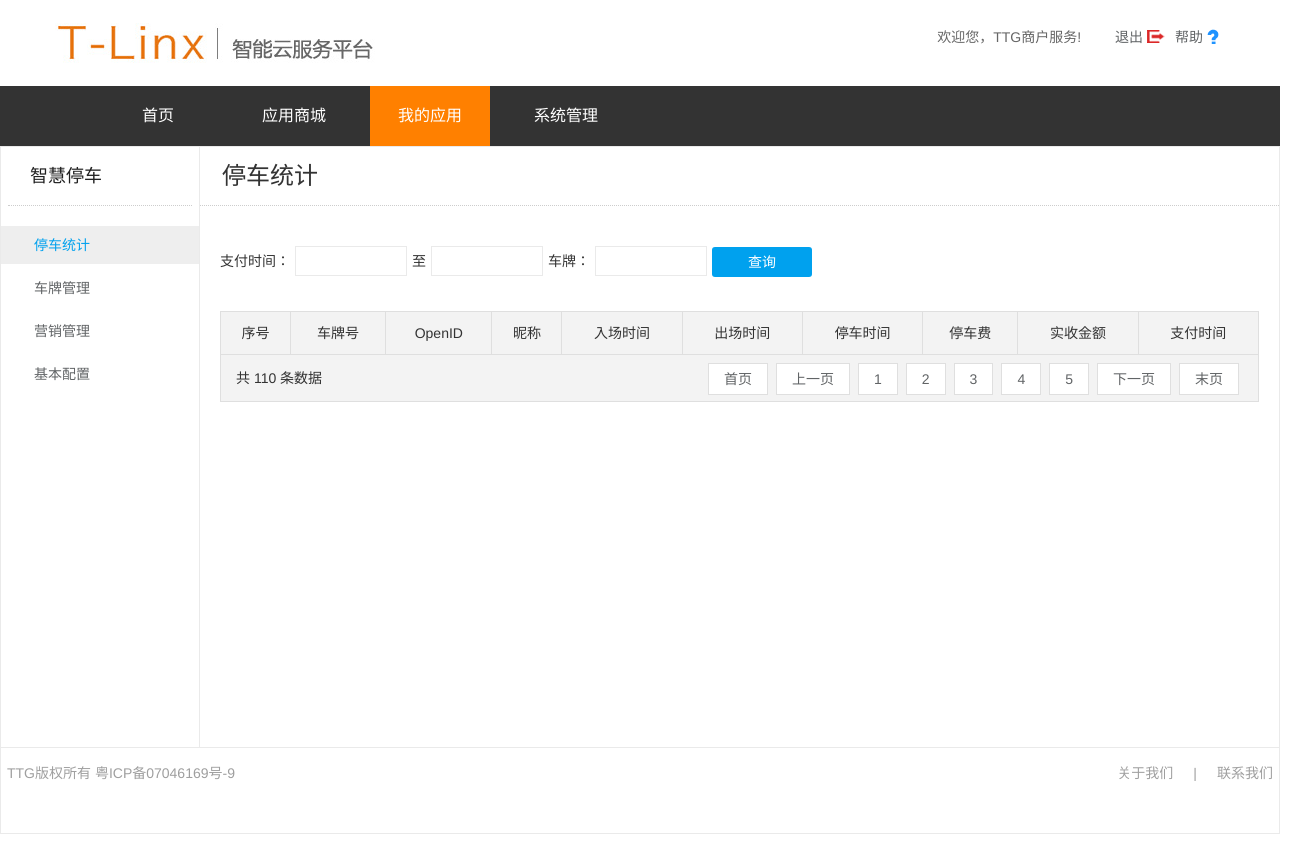
Repository: Keori/ParkCar
Page: admin/商户云/智慧停车/ParkComputed.html
An editor plug-in stored every save of this project. The page is shown before and after the next save, followed by the edit.
The browser window is 1280 px wide. The page is 1293 px wide, then 1280 px, then 1293 px, so the pictures cover 1293 px, including what lies to the right of the window. The pictures show the whole page.
The page's requests for data from a server got no answer.

Above is the page before, as saved 2018-12-19 10:00:32.

After the next save:
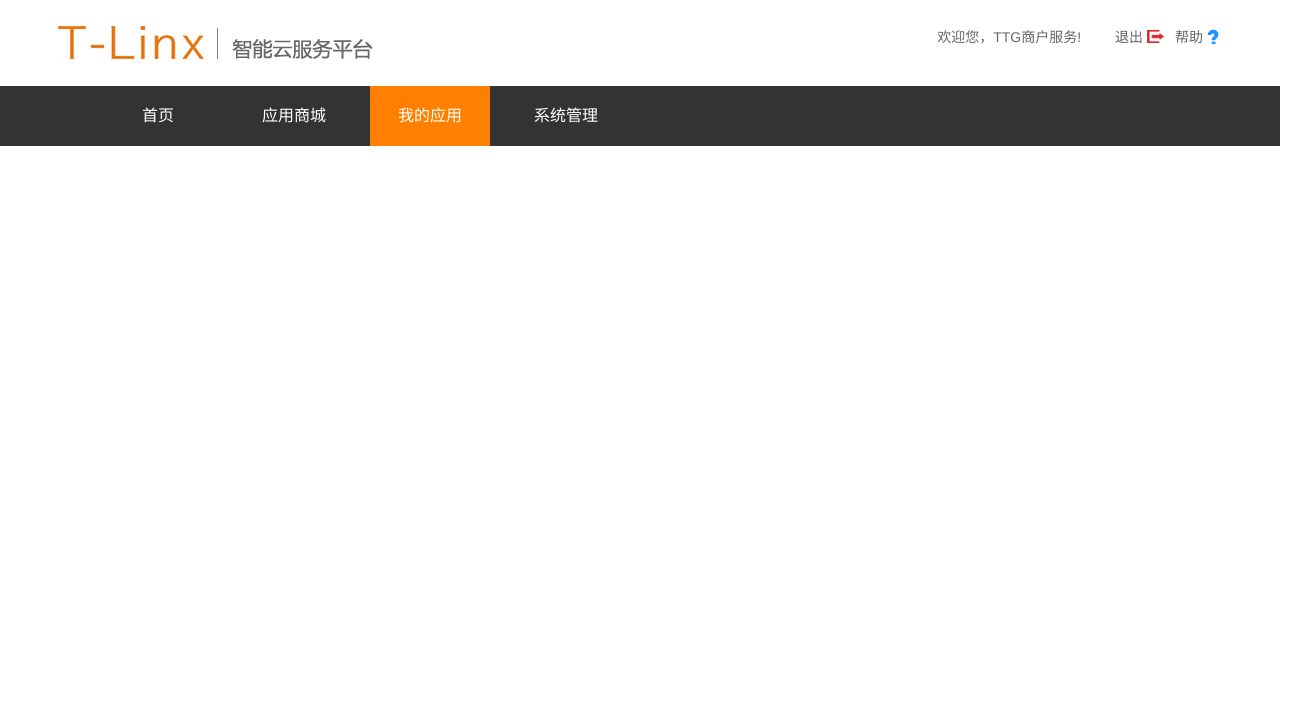
Saved 25 min 27 s later.
--- a/admin/商户云/智慧停车/ParkComputed.html
+++ b/admin/商户云/智慧停车/ParkComputed.html
@@ -99,8 +99,9 @@
                     <td>{{item.payTime}}</td>
                 </tr>
             </table>
-            <div class="bg_f3 page">共 110 条数据
-                <div class="page_right fr"><a href="">首页</a><a href="">上一页</a><a href="">1</a><a href="">2</a><a href="">3</a><a href="">4</a><a href="">5</a><a href="">下一页</a><a href="">末页</a></div>
+            <div class="block" style="text-align:right;">
+                <el-pagination @size-change="sizeChange" @current-change="currentChange" :current-page="1" :page-sizes="[10, 20, 30, 40]" :page-size="page.pageSize" layout="total, sizes, prev, pager, next, jumper" :total="page.totalRecords">
+                </el-pagination>
             </div>
         </article>
     </section>

After the save that followed:
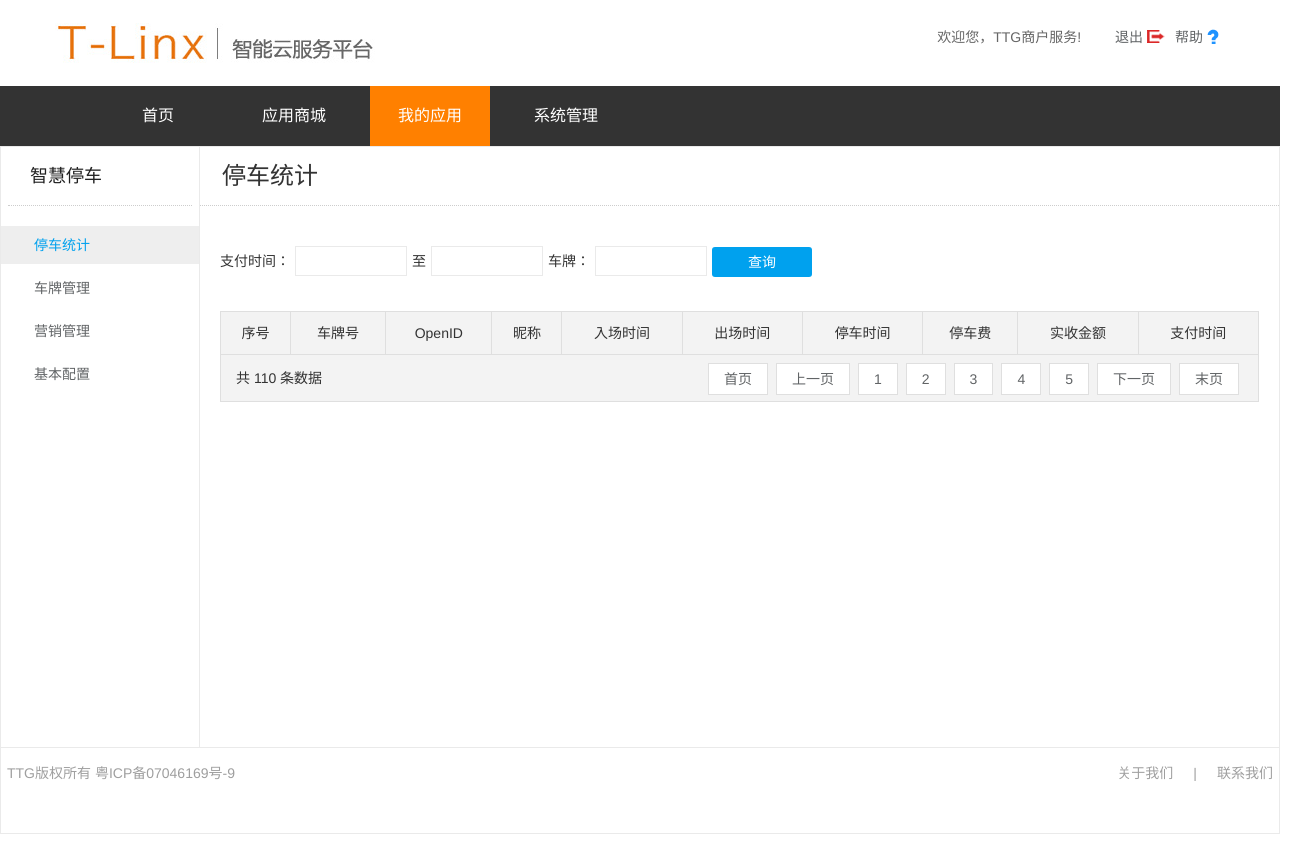
Saved 12 s later.
--- a/admin/商户云/智慧停车/ParkComputed.html
+++ b/admin/商户云/智慧停车/ParkComputed.html
@@ -99,9 +99,8 @@
                     <td>{{item.payTime}}</td>
                 </tr>
             </table>
-            <div class="block" style="text-align:right;">
-                <el-pagination @size-change="sizeChange" @current-change="currentChange" :current-page="1" :page-sizes="[10, 20, 30, 40]" :page-size="page.pageSize" layout="total, sizes, prev, pager, next, jumper" :total="page.totalRecords">
-                </el-pagination>
+            <div class="bg_f3 page">共 110 条数据
+                <div class="page_right fr"><a href="">首页</a><a href="">上一页</a><a href="">1</a><a href="">2</a><a href="">3</a><a href="">4</a><a href="">5</a><a href="">下一页</a><a href="">末页</a></div>
             </div>
         </article>
     </section>
